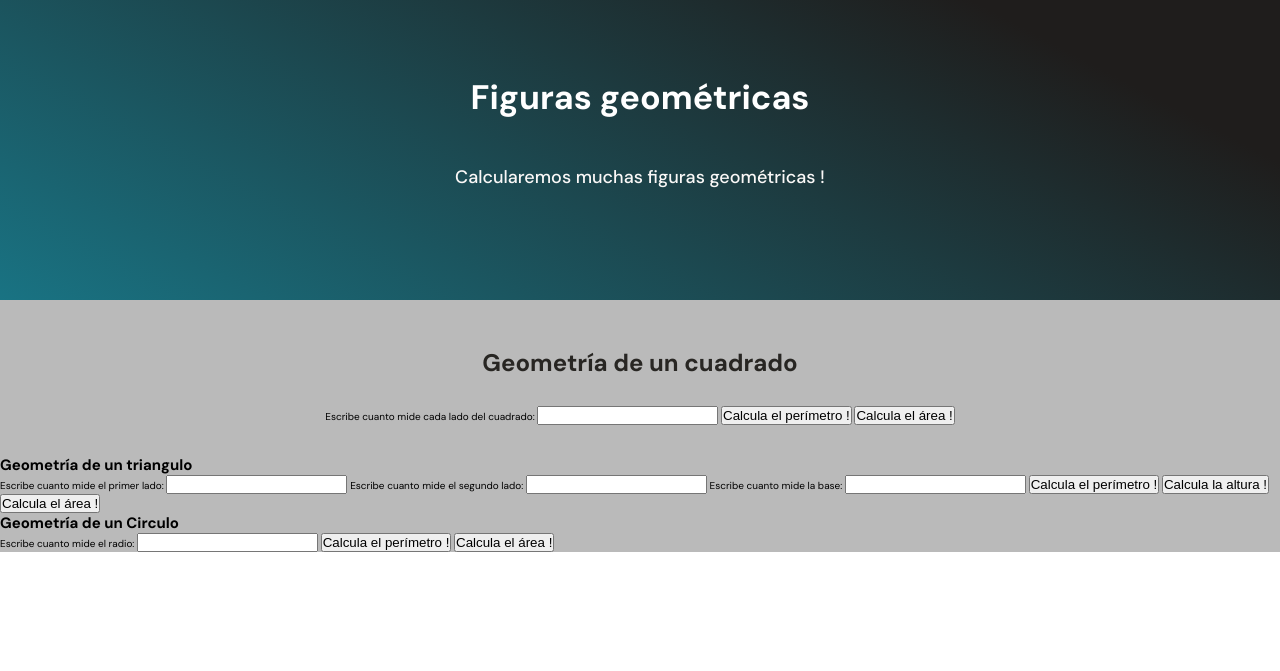
Repository: ChristianGecchelin/javascript-project
Page: javascript-project/figuras-geometricas/figuras.html
These files come from the project's save history. The page is drawn as it stood at one moment and after the next save; the edit follows.
The browser window is 1280 px wide. The pictures show the whole page.

Above is the page before, as saved 2021-12-01 21:56:11.

After the next save:
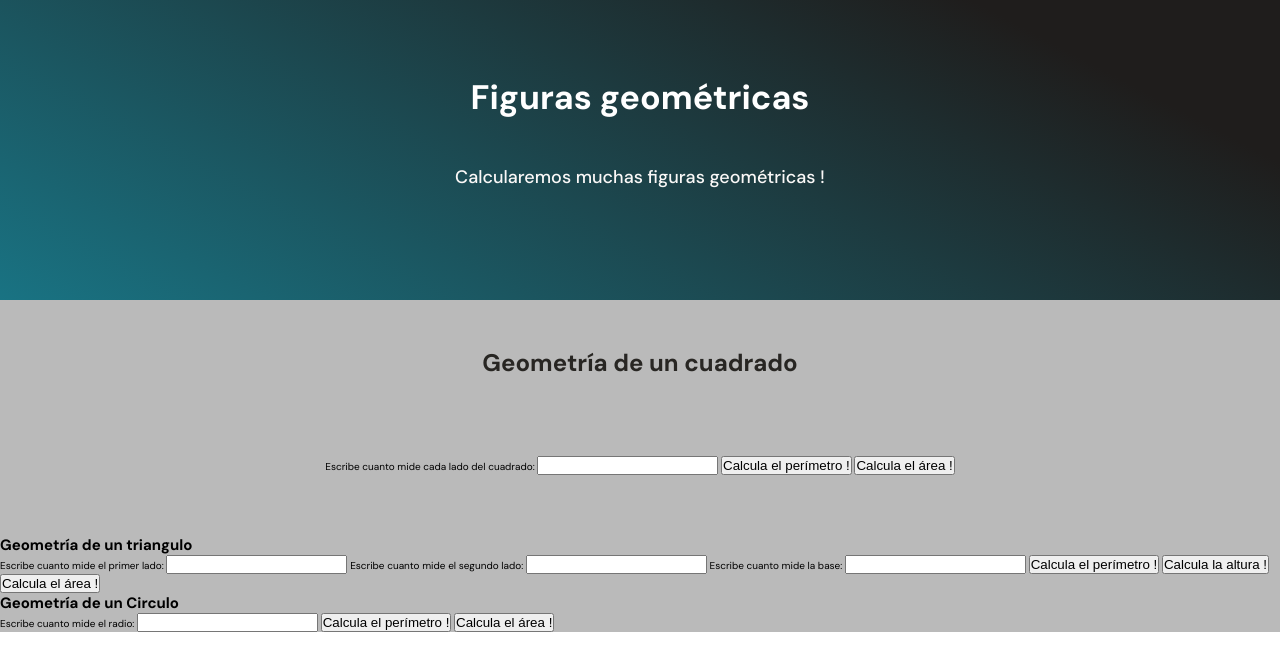
Saved 2 min 23 s later.
--- a/javascript-project/figuras-geometricas/figuras.html
+++ b/javascript-project/figuras-geometricas/figuras.html
@@ -25,7 +25,7 @@
         <h2 class="main-calculadora-contenedor--title">
           Geometría de un cuadrado
         </h2>
-        <div>
+        <div class="main-calculadora-contenedor">
           <form action="">
             <label for="">Escribe cuanto mide cada lado del cuadrado:</label>
             <input type="number" id="inputCuadrado" />

After the save that followed:
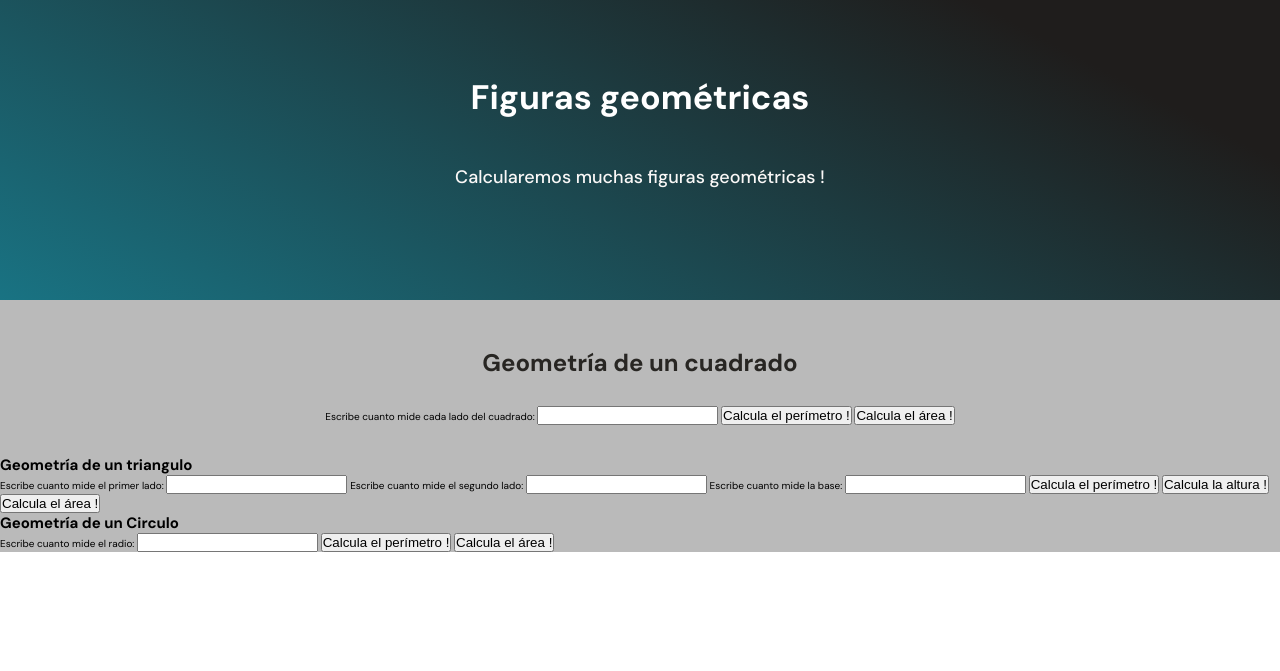
Saved 54 s later.
--- a/javascript-project/figuras-geometricas/figuras.html
+++ b/javascript-project/figuras-geometricas/figuras.html
@@ -25,7 +25,7 @@
         <h2 class="main-calculadora-contenedor--title">
           Geometría de un cuadrado
         </h2>
-        <div class="main-calculadora-contenedor">
+        <div class="main-calculadora-form-contenedor">
           <form action="">
             <label for="">Escribe cuanto mide cada lado del cuadrado:</label>
             <input type="number" id="inputCuadrado" />
